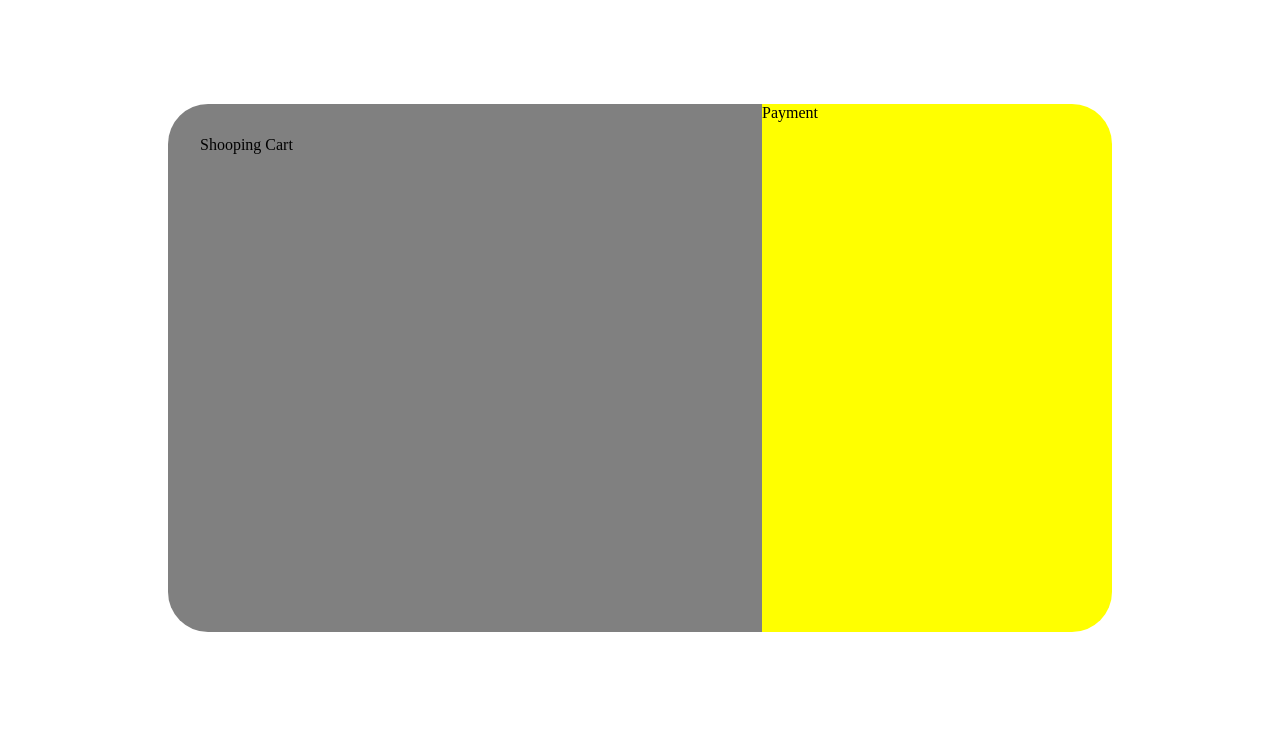
Repository: NDBaoFE/pizza-ordering-hiep
Page: /checkout
The author's editor kept a copy of each file at every save. The page is drawn from the files as they stood at one save, then again after a run of saves.
The browser window is 1280 px wide. The pictures show the whole page.
The project was rebuilt for these pictures with package versions that can differ from the ones it lists, and the page was loaded fresh each time.

Above is the page before, as saved 2022-08-27 21:54:12.

After the next 3 saves:
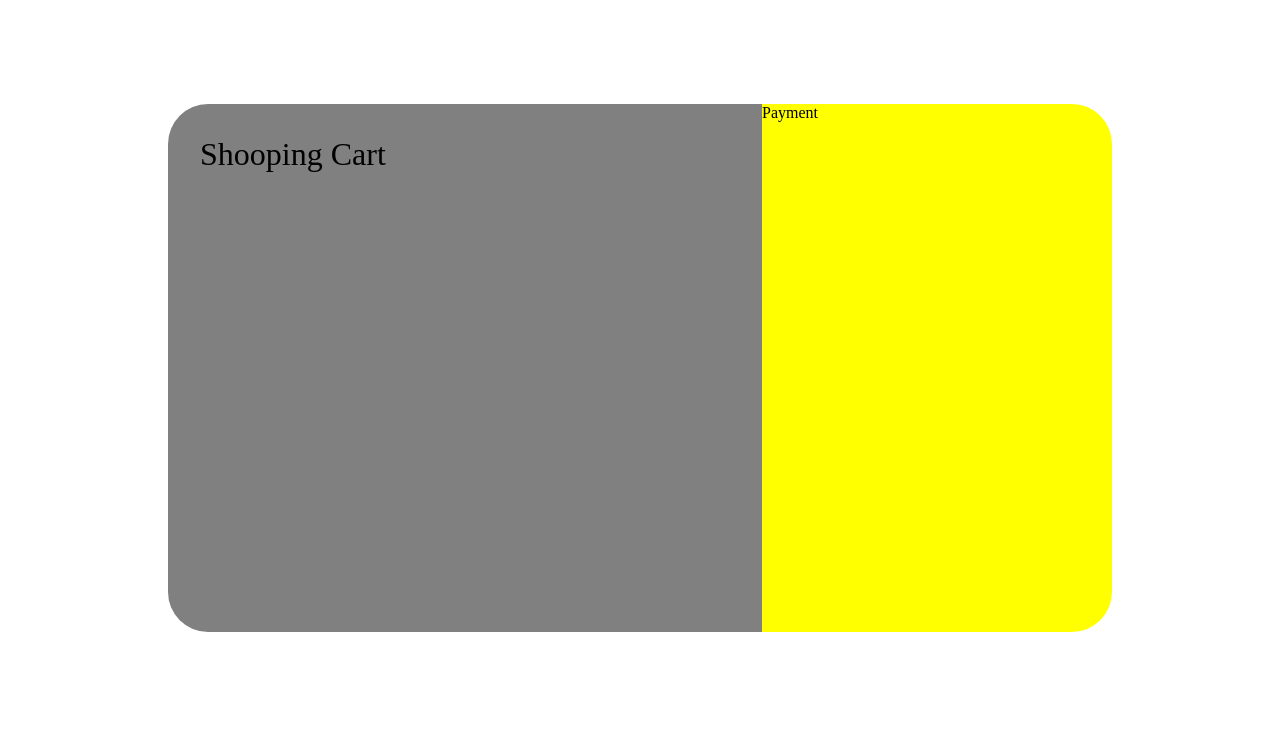
The 3 saves are shown as one change because 1 did not build or start and some came seconds apart.
The last was saved 45 s later.
--- a/src/pages/Checkout/index.jsx
+++ b/src/pages/Checkout/index.jsx
@@ -4,7 +4,9 @@ import * as Styled from './Checkout.styled'
 const Checkout = (props) => {
   return (
     <Styled.Background>
-      <Styled.Cart>Shooping Cart</Styled.Cart>
+      <Styled.Cart>
+        <Styled.Header>Shooping Cart</Styled.Header>
+      </Styled.Cart>
       <Styled.Payment>Payment</Styled.Payment>
     </Styled.Background>
   )
--- a/src/pages/Checkout/Checkout.styled.js
+++ b/src/pages/Checkout/Checkout.styled.js
@@ -22,3 +22,7 @@ export const Payment = styled.div`
   border-top-right-radius: 40px;
   border-bottom-right-radius: 40px;
 `
+
+export const Header = styled.header`
+  font-size: 2rem;
+`
